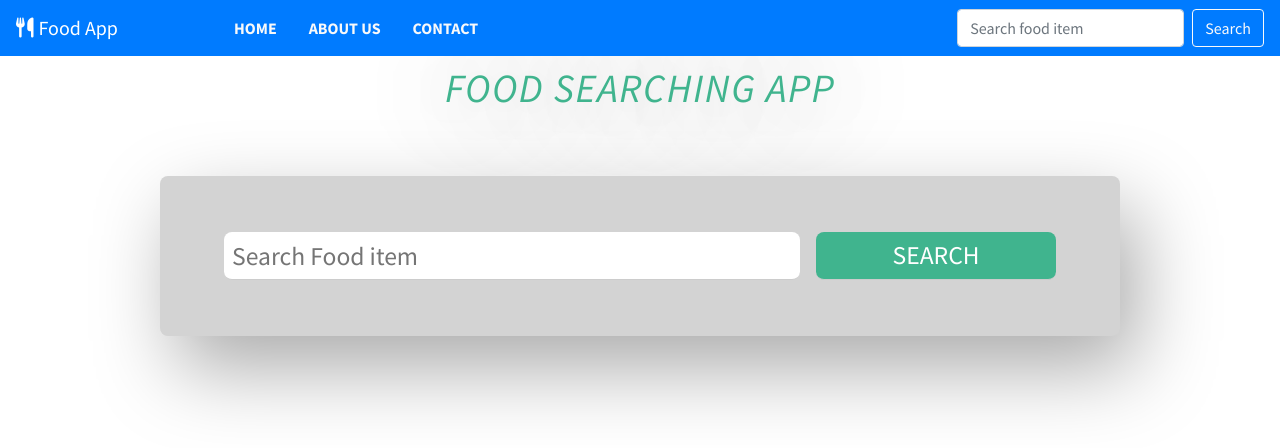
Repository: priyavmehta/React-Food-Recipe-App
Page: /
An editor plug-in stored every save of this project. The page is shown before and after the next save, followed by the edit.
The browser window is 1280 px wide. The pictures show the whole page.
Some web libraries are served in a nearby version. The project was rebuilt for these pictures with package versions that can differ from the ones it lists, and the page was loaded fresh each time. Also part of the build but not shown: src/Components/RecipeDetails.js, src/Components/Recipe.js, src/Components/Alert.js.

Above is the page before, as saved 2020-07-11 23:07:46.

### public/index.html
<!DOCTYPE html>
<html lang="en">
  <head>
    <meta charset="utf-8" />
    <link rel="icon" href="%PUBLIC_URL%/favicon.ico" />
    <meta name="viewport" content="width=device-width, initial-scale=1" />
    <meta name="theme-color" content="#000000" />
    <meta
      name="description"
      content="Web site created using create-react-app"
    />
    <link rel="apple-touch-icon" href="%PUBLIC_URL%/logo192.png" />
    <link rel="manifest" href="%PUBLIC_URL%/manifest.json" />

    <script src="https://kit.fontawesome.com/c3f9cf1e2c.js" crossorigin="anonymous"></script>

    <link rel="stylesheet" href="https://stackpath.bootstrapcdn.com/bootstrap/4.3.1/css/bootstrap.min.css" integrity="sha384-ggOyR0iXCbMQv3Xipma34MD+dH/1fQ784/j6cY/iJTQUOhcWr7x9JvoRxT2MZw1T" crossorigin="anonymous">
    <script src="https://code.jquery.com/jquery-3.3.1.slim.min.js" integrity="sha384-q8i/X+965DzO0rT7abK41JStQIAqVgRVzpbzo5smXKp4YfRvH+8abtTE1Pi6jizo" crossorigin="anonymous"></script>
<script src="https://cdnjs.cloudflare.com/ajax/libs/popper.js/1.14.7/umd/popper.min.js" integrity="sha384-UO2eT0CpHqdSJQ6hJty5KVphtPhzWj9WO1clHTMGa3JDZwrnQq4sF86dIHNDz0W1" crossorigin="anonymous"></script>
<script src="https://stackpath.bootstrapcdn.com/bootstrap/4.3.1/js/bootstrap.min.js" integrity="sha384-JjSmVgyd0p3pXB1rRibZUAYoIIy6OrQ6VrjIEaFf/nJGzIxFDsf4x0xIM+B07jRM" crossorigin="anonymous"></script>

    <title>Food App</title>
  </head>
  <body>
    <noscript>You need to enable JavaScript to run this app.</noscript>
    <div id="root"></div>
    <!--
      This HTML file is a template.
      If you open it directly in the browser, you will see an empty page.

      You can add webfonts, meta tags, or analytics to this file.
      The build step will place the bundled scripts into the <body> tag.

      To begin the development, run `npm start` or `yarn start`.
      To create a production bundle, use `npm run build` or `yarn build`.
    -->
  </body>
</html>

### src/App.js
import React, { useState } from 'react';
import './App.css';
import RecipeState from './context/recipe/RecipeState';
import Search from './Components/Search';
import { BrowserRouter as Router, Switch, Route } from 'react-router-dom'
import Navbar from './Components/Navbar';

const App = () => {

  return (
    <RecipeState>
      <Router>
      <Navbar />
        <div className="App">

          <Search/>
        </div>
      </Router>
    </RecipeState>
  );
}

export default App;

### src/App.css
@import url("https://fonts.googleapis.com/css?family=Source+Sans+Pro:300,300i,400,400i,600,600i,700&display=swap");

* {
  font-family: "Source Sans Pro", sans-serif;
  margin: 0;
  padding: 0;
  text-decoration: none;
  list-style-type: none;
  outline: none;
}

.App {
  display: flex;
  flex-direction: column;
  align-items: center;
}

h1 {
  letter-spacing: 0.1rem;
  font-style: italic;
  color: #40b48e;
  text-shadow: 0 0.2rem 5rem rgb(119, 115, 115);
  text-transform: uppercase;
  margin: 4rem 0;
}

.search-form {
  width: 60rem;
  height: 10rem;
  display: flex;
  justify-content: center;
  align-items: center;
  background-color: #d3d3d3;
  border-radius: 0.5rem;
  margin-bottom: 5rem;
  box-shadow: 1rem 2rem 5rem #aaa;
  position: relative;
}

.alert {
  /*position: absolute;*/
  top: -3rem;
  left: 0;
  background-color: rgb(233, 72, 72);
  width: calc(100% - 0.4rem);
  border-radius: 0.5rem;
  padding: 0.2rem;
}

.alert h3 {
  font-size: 1.8rem;
  color: #fff;
  font-weight: 400;
  text-transform: uppercase;
  text-align: center;
}

.search-form input {
  font-size: 1.6rem;
  border: none;
  border-bottom: 0.1rem solid #ccc;
  margin: 0 0.5rem;
  border-radius: 0.5rem;
  height: 3rem;
}

.search-form input[type="text"] {
  padding: 0 0.5rem;
  width: 60%;
  color: #555;
}

.search-form input[type="submit"] {
  width: 25%;
  text-transform: uppercase;
  background-color: #40b48e;
  color: #fff;
}

.recipes {
  width: 90%;
  display: flex;
  align-items: center;
  flex-wrap: wrap;
  justify-content: center;
  align-items: flex-start;
}

.recipe {
  width: 30rem;
  margin: 3rem;
  display: flex;
  flex-direction: column;
  background-color: #d3d3d3;
  padding: 2rem;
  position: relative;
  border-radius: 0.5rem;
  box-shadow: 2rem 3rem 5rem #aaa;
}

.recipe h2 {
  background-color: rgba(161, 161, 161, 0.7);
  border-radius: 0.5rem;
  padding: 0.3rem 0.5rem;
  position: absolute;
  top: 2.5rem;
  left: 2.5rem;
  right: 2.5rem;
  font-size: 2.5rem;
  font-weight: 400;
  text-shadow: 0 0.5rem 0.5rem #555;
  color: #fff;
}

.recipe img {
  border-radius: 0.5rem;
  object-fit: cover;
}

.recipe a {
  font-size: 1.8rem;
  color: #40b48e;
}

/* .recipe button {
  font-size: 2rem;
  text-transform: uppercase;
  color: #fff;
  background-color: #40b48e;
  border: none;
  border-radius: 0.5rem;
  height: 3rem;
} */

.ingredient-list {
  margin-top: 1rem;
  background-color: #f0f0f0;
  border-radius: 0.5rem;
  padding: 0.5rem;
}

.ingredient-list li {
  margin: 0.5rem 0;
}

.ingredient-text {
  font-size: 1.5rem;
  color: #888;
}

.ingredient-weight {
  color: #40b48e;
  font-size: 1.3rem;
}

.fas {
  color: white;
}

.navbar-brand{
  color: white;
}

h3 {
  color: white;
}

### src/context/recipe/RecipeState.js
import React, { useReducer, useState, useEffect } from 'react'
import recipeContext from './recipeContext'
import recipeReducer from './recipeReducer';
import axios from 'axios'
import {SEARCH_RECIPE, SET_ALERT, REMOVE_ALERT, SET_HOME_PAGE} from '../types'

const RecipeState = (props) => {

    const initialState = {

        recipes : [],
        alert : ""
    };

    const home_recipes = []

    const [state, dispatch] = useReducer(recipeReducer, initialState);

    const YOUR_APP_ID = 'a232e31f';
    const YOUR_APP_KEY = 'd3cfbfb089b421a6f5135d309faa2604';

    // useEffect(async () => {
    //     const dosa = await axios.get(`https://api.edamam.com/search?q=dosa&app_id=${YOUR_APP_ID}&app_key=${YOUR_APP_KEY}`)
    //     const dosa_results = dosa.data.hits;
    //     home_recipes.push(dosa_results[5])
    //     home_recipes.push(dosa_results[9])

    //     const data = await axios.get(`https://api.edamam.com/search?q=pav&app_id=${YOUR_APP_ID}&app_key=${YOUR_APP_KEY}`)
    //     const results = data.data.hits;
    //     home_recipes.push(results[0])
    //     home_recipes.push(results[1])

    //     dispatch({type : SET_HOME_PAGE, payload : home_recipes})
    //     console.log("All Done")
    //     console.log(state.recipes)
    // }, [])

    const getData = async (text) => {
        if (text !== ''){
            const url = `https://api.edamam.com/search?q=${text}&app_id=${YOUR_APP_ID}&app_key=${YOUR_APP_KEY}`
            const data = await axios.get(url);
            if (!data.data.more){
                return (
                    dispatch({type : SET_ALERT, payload : "Such a food item is not available.."}),
                    setTimeout (() => dispatch({ type : REMOVE_ALERT }), 5000)
                )
            }
            dispatch({type: SEARCH_RECIPE, payload: data.data.hits})
            console.log(state.recipes)
        } else {
            dispatch ({type : SET_ALERT, payload: "Please enter something"})
            setTimeout (() => dispatch({ type : REMOVE_ALERT }), 5000)
        }

    }

    const getIndian = async () => {

    }

    return <recipeContext.Provider value = {{
            getData,
            recipes: state.recipes,
            alert : state.alert
        }
    }
    >
        {props.children}
    </recipeContext.Provider>
}

export default RecipeState

### src/Components/Search.js
import React, {Fragment, useContext, useState} from 'react'
import recipeContext from '../context/recipe/recipeContext'
import Recipe from './Recipe'
import Alert from './Alert'

const Search = () => {

    const [query, setQuery] = useState("")

    const RecipeContext = useContext(recipeContext)
    const {getData, recipes, alert} = RecipeContext

    const changeQuery = (event) => setQuery(event.target.value)

    const onSubmitQuery = (event) => {
        event.preventDefault()
        getData(query)
        setQuery("")
    }

    return (
        <Fragment>
            <h1 >Food Searching App</h1>
            { alert !== "" && <Alert/>}
            <form className = "search-form" onSubmit = {onSubmitQuery}>
                <input type="text" placeholder = "Search Food item" autoComplete = "off" onChange = {changeQuery} value = {query} />
                <input type = "submit" value = "Search" />
            </form>
            <div className = "recipes">
                {
                    recipes !== [] && (
                        recipes.map(recipe => <Recipe recipe = {recipe}/>)
                    )
                }
            </div>
        </Fragment>
    )
}

export default Search

### src/Components/Navbar.js
import React from 'react'
import PropTypes from 'prop-types'
import { Link } from 'react-router-dom'

const Navbar = ({icon, title}) => {

    return (
        <nav className="navbar navbar-expand-md navbar-light bg-primary fixed-top">
            <a className="navbar-brand" style = {{ color : "white", marginRight :100 }}><i className="fas fa-utensils" style = {{ marginRight : 5}}></i>Food App</a>
            <button type="button" className="navbar-toggler bg-light" data-toggle="collapse" data-target="#nav">
                <span className="navbar-toggler-icon"></span>
            </button>
             <div className="collapse navbar-collapse justify-content-between" id="nav">
                <ul className="navbar-nav">
                    <li className="nav-item" >
                        <a className="nav-link text-light font-weight-bold px-3" href="#">HOME</a>
                    </li>
                    <li className="nav-item">
                        <a className="nav-link text-light font-weight-bold px-3" href="#">ABOUT US</a>
                    </li>
                    <li className="nav-item">
                        <a className="nav-link text-light font-weight-bold px-3" href="#">CONTACT</a>
                    </li>
                </ul>
                <form class="form-inline">
                    <input class="form-control mr-sm-2" type="search" placeholder="Search food item" aria-label="Search"/>
                    <button class="btn btn-outline-light my-2 my-sm-0" type="submit">Search</button>
                </form>

            </div>

        </nav>
    )
}

Navbar.defaultProps = {
    title : "Food App",
    icon : "fab fa-github"
};

Navbar.propTypes = {
    title : PropTypes.string.isRequired,
    icon : PropTypes.string.isRequired
};

export default Navbar

### src/context/recipe/recipeContext.js
import { createContext } from 'react'

const recipeContext = createContext()

export default recipeContext

### src/context/recipe/recipeReducer.js
import {SEARCH_RECIPE, SET_ALERT, REMOVE_ALERT, SET_HOME_PAGE} from '../types'

export default (state, action) => {
    switch(action.type){
        case SET_HOME_PAGE:
            return{
                ...state,
                recipes : action.payload
            }
        case REMOVE_ALERT:
            return{
                ...state,
                alert: ""
            }
        case SET_ALERT:
            return{
                ...state,
                alert: action.payload
            }
        case SEARCH_RECIPE:
            return {
                ...state,
                recipes : action.payload,
                alert: ""
            }
        default:
            return state
    }
}

### src/context/types.js
export const SEARCH_RECIPE = "SEARCH_RECIPE";
export const CHANGE_QUERY = "CHANGE_QUERY";
export const SET_ALERT = "SET_ALERT";
export const REMOVE_ALERT = "REMOVE_ALERT";
export const SET_HOME_PAGE = "SET_HOME_PAGE";

Loaded but not shown: src/index.js (common file); src/index.css (common file); src/serviceWorker.js (common file)

After the next save:
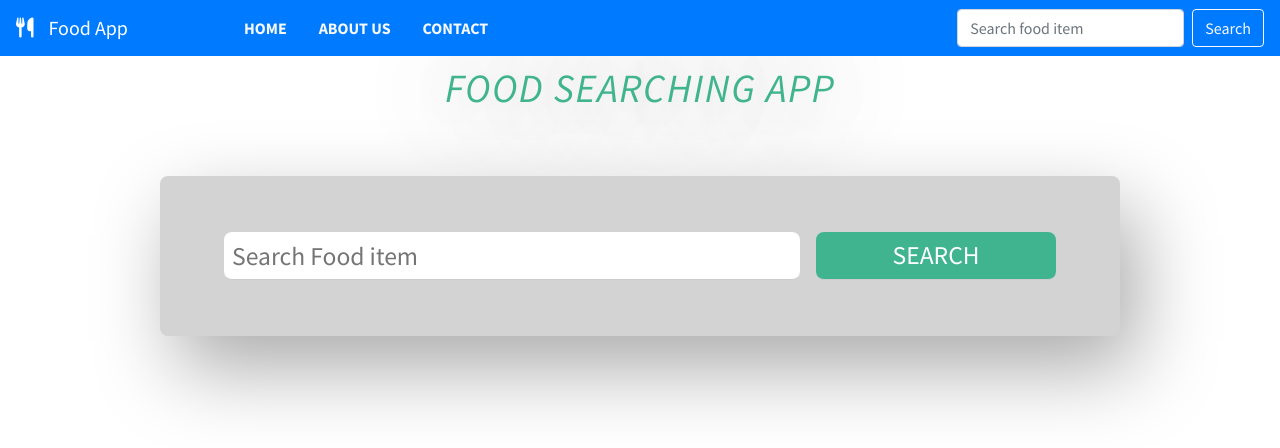
Saved 14 s later.
--- a/src/Components/Navbar.js
+++ b/src/Components/Navbar.js
@@ -6,7 +6,7 @@ const Navbar = ({icon, title}) => {
 
     return (
         <nav className="navbar navbar-expand-md navbar-light bg-primary fixed-top">
-            <a className="navbar-brand" style = {{ color : "white", marginRight :100 }}><i className="fas fa-utensils" style = {{ marginRight : 5}}></i>Food App</a>
+            <a className="navbar-brand" style = {{ color : "white", marginRight :100 }}><i className="fas fa-utensils" style = {{ marginRight : 15}}></i>Food App</a>
             <button type="button" className="navbar-toggler bg-light" data-toggle="collapse" data-target="#nav">
                 <span className="navbar-toggler-icon"></span>
             </button>
